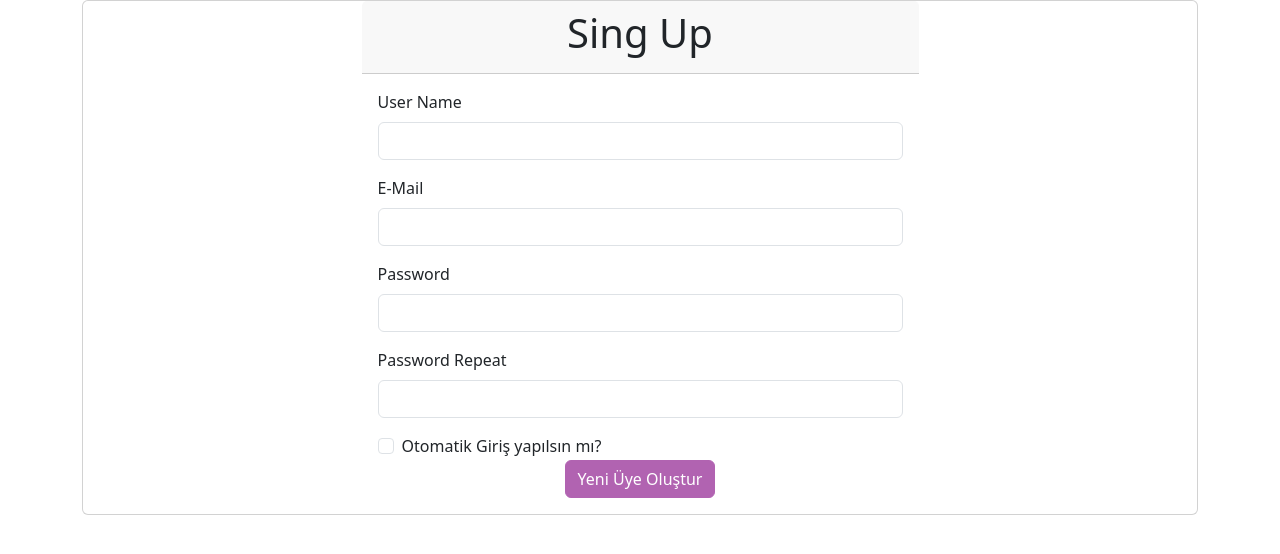
Repository: gursoyfahrettin20/startupProjectWeb
Page: /
The author's editor kept a copy of each file at every save. The page is drawn from the files as they stood at one save, then again after the next save.
The browser window is 1280 px wide. The pictures show the whole page.
The project was rebuilt for these pictures with package versions that can differ from the ones it lists, and the page was loaded fresh each time. Also part of the build but not shown: vite.config.js.

Above is the page before, as saved 2024-01-17 01:29:36.

After the next save:
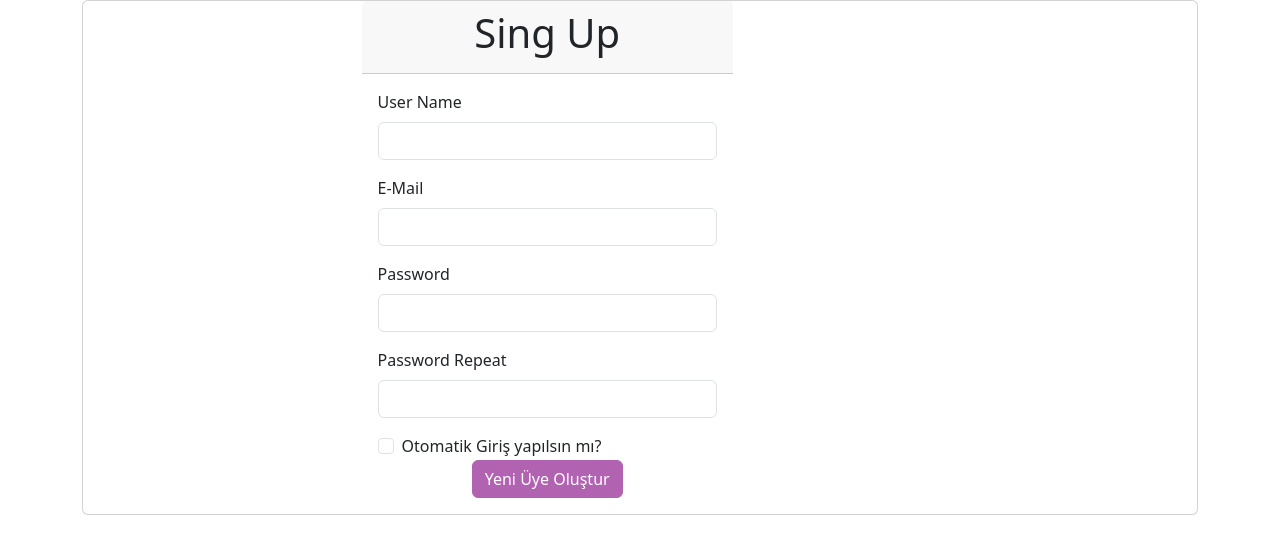
Saved 22 h 31 min later.
--- a/src/pages/SignUp/index.jsx
+++ b/src/pages/SignUp/index.jsx
@@ -64,7 +64,7 @@ function index() {
     return (
         <div className='container'>
             <form className='card' onSubmit={onSubmit}>
-                <div className='col-lg-6 offset-lg-3 col-sm-8 offset-sm-2'>
+                <div className='col-lg-4 offset-lg-3 col-sm-8 offset-sm-2'>
                     <div className='text-center card-header'>
                         <h1>Sing Up</h1>
                     </div>
